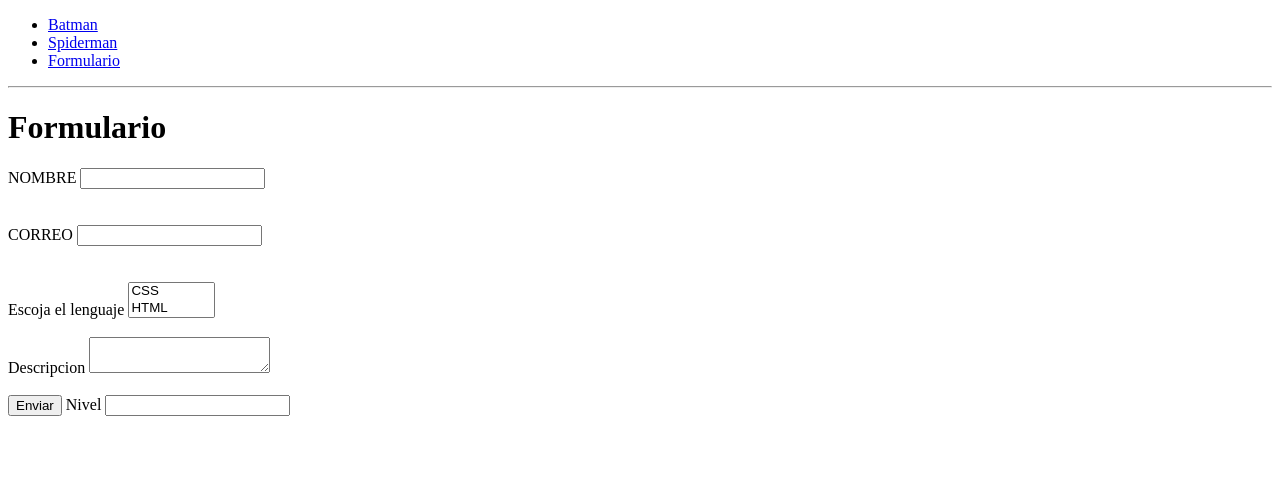
Repository: Arito05/Mi-primer-Repositorio
Page: dia1/formulario.html
These files come from the project's save history. The page is drawn as it stood at one moment and after the next save; the edit follows.
The browser window is 1280 px wide. The pictures show the whole page.

Above is the page before, as saved 2024-07-18 14:30:50.

### dia1/formulario.html
<!DOCTYPE html>
<html lang="en">
  <head>
    <meta charset="UTF-8" />
    <meta name="viewport" content="width=device-width, initial-scale=1.0" />
    <title>Formulario</title>
  </head>
  <body>
    <ul>
      <li><a href="intex.html">Batman</a></li>
      <li><a href="intex2.html">Spiderman</a></li>
      <li><a href="formulario.html">Formulario</a></li>
    </ul>
    <hr />
    <h1>Formulario</h1>

    <form>
      <label for="nombre">NOMBRE</label>
      <input
        type="text"
        name="nombre"
        id="nombre"
        style="color: blue"
      /><br /><br /><br />
      <label>CORREO</label>
      <input type="email" name="email" /> <br /><br /><br />

      <label for="lenguaje">Escoja el lenguaje</label>
      <select id="lenguaje" name="lenguaje" size="2">
        <option>CSS</option>
        <option>HTML</option>
        <option>JAVASCRIPT</option>
      </select>
      <br />
      <br />
      <labe>Descripcion</labe>
      <textarea></textarea> <br /><br />
      <button type="submit" value="enviar">Enviar</button>

      <label for="niveles">Nivel</label>
      <input list="niveles" />
      <datalist id="niveles">
        <option>1</option>
        <option>2</option>
        <option>3</option>
        <option>4</option>
        <option>5</option>
      </datalist>
    </form>
  </body>
</html>

After the next save:
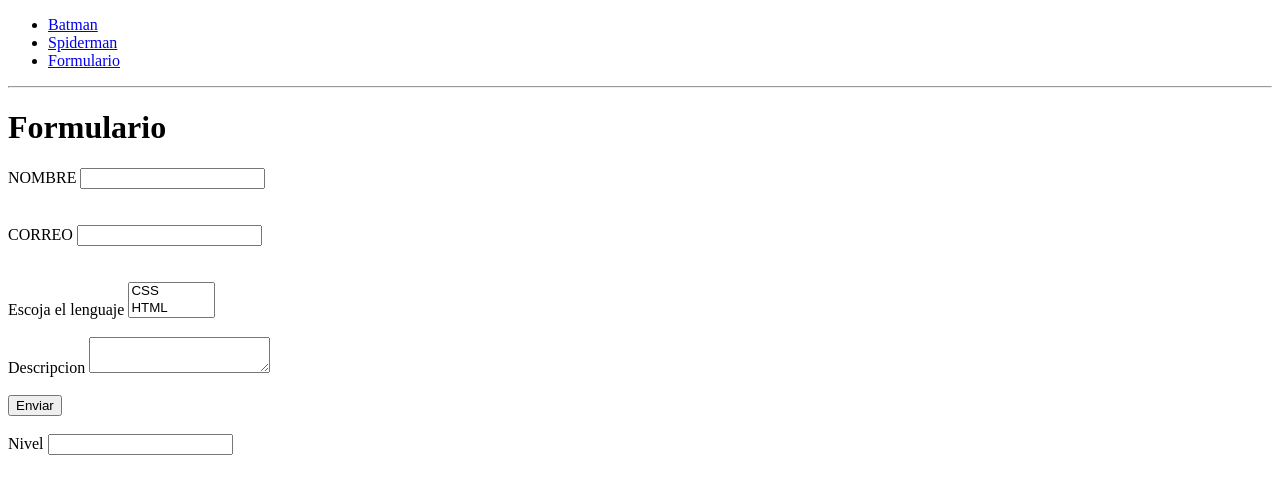
Saved 35 s later.
--- a/dia1/formulario.html
+++ b/dia1/formulario.html
@@ -35,7 +35,7 @@
       <br />
       <labe>Descripcion</labe>
       <textarea></textarea> <br /><br />
-      <button type="submit" value="enviar">Enviar</button>
+      <button type="submit" value="enviar">Enviar</button> <br /><br />
 
       <label for="niveles">Nivel</label>
       <input list="niveles" />
